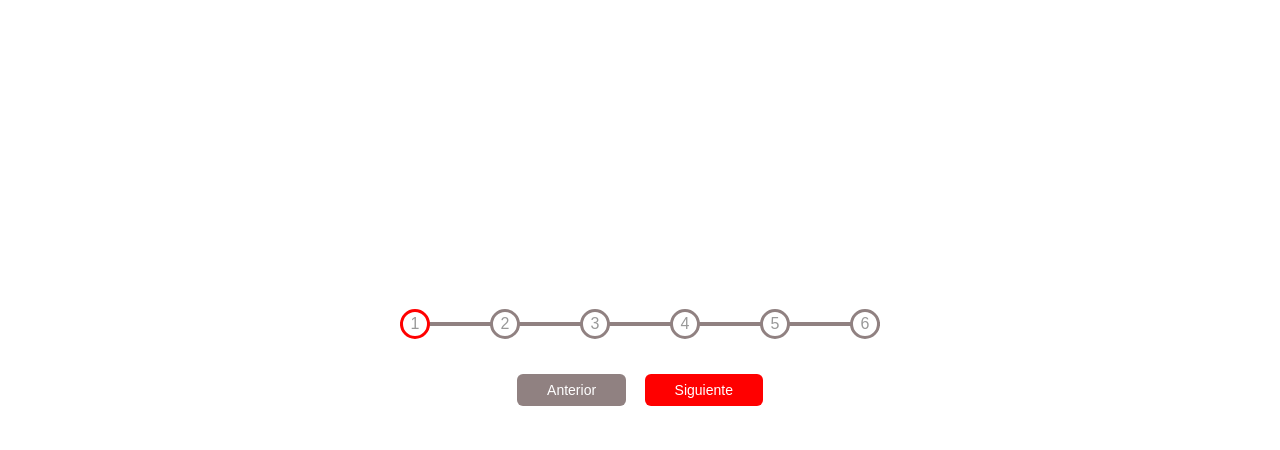
Repository: ElideZavala/Linea-de-tiempo
Page: index.html
These files come from the project's save history. The page is drawn as it stood at one moment and after the next save; the edit follows.
The browser window is 1280 px wide. The pictures show the whole page.
Some web fonts or font styles are not loaded; a fallback is used.

Above is the page before, as saved 2021-05-28 08:56:34.

### index.html
<!DOCTYPE html>
<html lang="en">
<head>
	<meta charset="UTF-8">
	<meta http-equiv="X-UA-Compatible" content="IE=edge">
	<meta name="viewport" content="width=device-width, initial-scale=1.0">
	<link rel="stylesheet" href="style.css">
	<link rel="stylesheet" href="normalize.css">
	<title>Pasos de progreso </title>
</head>
<body>
	<div class="container">
		<div class="progress-container">
			<div class="progress" id="progress"></div>
			<div class="circle active">1</div>
			<div class="circle">2</div>
			<div class="circle">3</div>
			<div class="circle">4</div>
			<div class="circle">5</div>
			<div class="circle">6</div>
		</div>

		<button class="btn" id="prev" disabled>Anterior</button>
		<button class="btn" id="next">Siguiente</button>
		<script src="script.js"></script>
	</div>
</body>
</html>

### style.css
/* @import url('https://fonts.googleapis.com/css2?family=Roboto:wght@400;700&display=swap'); */
@import url('https://fonts.googleapis.com/css?family=Muli&display=swap');


:root {
	--line-border-fill: red;
	--line-border-empty: rgb(144, 129, 129);
}

* {
	box-sizing: border-box;
}

body {
	font-family: 'Muli', sans-serif;
	display: flex;
	flex-direction: column;
	align-items: center;
	justify-content: center;
	height: 100vh;
	overflow: hidden;
	margin: 0;
}

.container {
	text-align: center;
}

.progress-container {
	display: flex;
	justify-content: space-between;
	position: relative;
	margin-bottom: 30px;
	max-width: 100%;
	width: 480px;
}

.progress-container::before {
	content: '';
	background-color: var( --line-border-empty);
	position: absolute;
	top: 50%;
	left: 0;
	transform: translateY(-50%);
	height: 4px;
	width: 100%;
	z-index: -1;
	transition: 0.4s ease;
}

.progress {
	background-color: var( --line-border-fill );
	position: absolute;
	top: 50%;
	left: 0;
	transform: translateY(-50%);
	height: 4px;
	width: 0%;
	z-index: -1;
	transition: 0.4s ease;
}

.circle {
	background-color: #fff;
	color: #999;
	border-radius: 50%;
	height: 30px;
	width: 30px;
	display: flex;
	align-items: center;
	justify-content: center;
	border: 3px solid var( --line-border-empty );
	transition: .4s ease;
}

.circle.active {
	border-color: red;
}

.btn {
	background-color: var(--line-border-fill);
	color: #fff;
	border: 0;
	border-radius: 6px;
	cursor: pointer;
	font-family: inherit;
	padding: 8px 30px;
	margin: 5px 7px;
	font-size: 14px;
}

.btn:active {
	transform: scale(0.98);
}

.btn:focus {
	outline: 0;
}

.btn:disabled {
	background-color: var( --line-border-empty );
	cursor: not-allowed;
}

### script.js
const progress = document.querySelector('#progress');
const prev = document.querySelector('#prev');
const next = document.querySelector('#next');
const circles = document.querySelectorAll('.circle');

let currentActive = 1

next.addEventListener('click', () => {
	currentActive++

	if (currentActive > circles.length) {
		currentActive = circles.length
	}

	update();
})

prev.addEventListener('click', () => {
	currentActive--

	if (currentActive < 1) {
		currentActive = 1;
	}

	update();
})

function update() {
	circles.forEach((circle, idx) => {
		if (idx < currentActive) {
			circle.classList.add('active');
		} else {
			circle.classList.remove('active');
		}
	})

	const actives = document.querySelectorAll('.active');

	console.log(actives.length, circles.length);
}

Loaded but not shown: normalize.css (library)

After the next save:
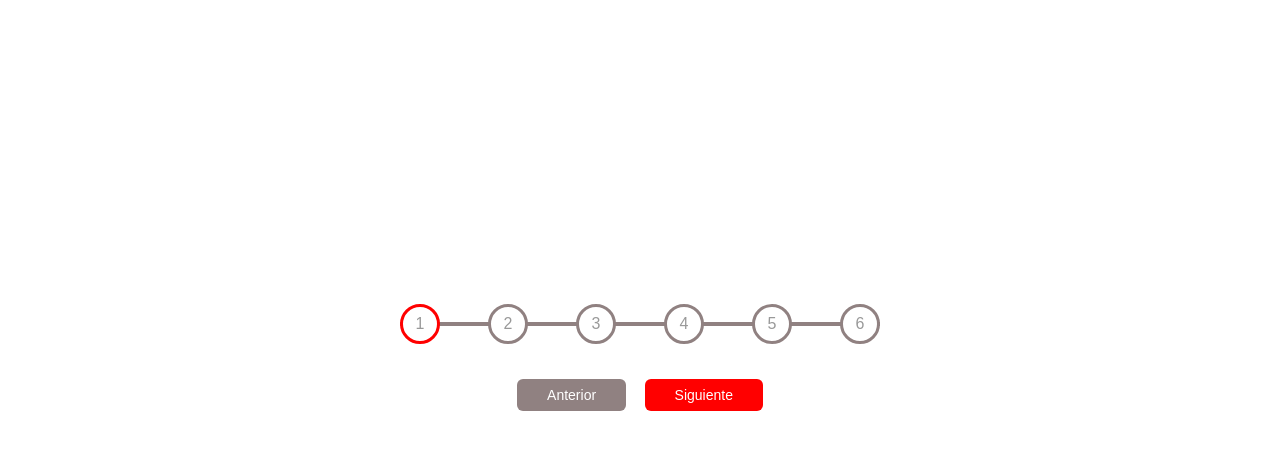
Saved 11 s later.
--- a/style.css
+++ b/style.css
@@ -64,8 +64,8 @@ body {
 	background-color: #fff;
 	color: #999;
 	border-radius: 50%;
-	height: 30px;
-	width: 30px;
+	height: 40px;
+	width: 40px;
 	display: flex;
 	align-items: center;
 	justify-content: center;
